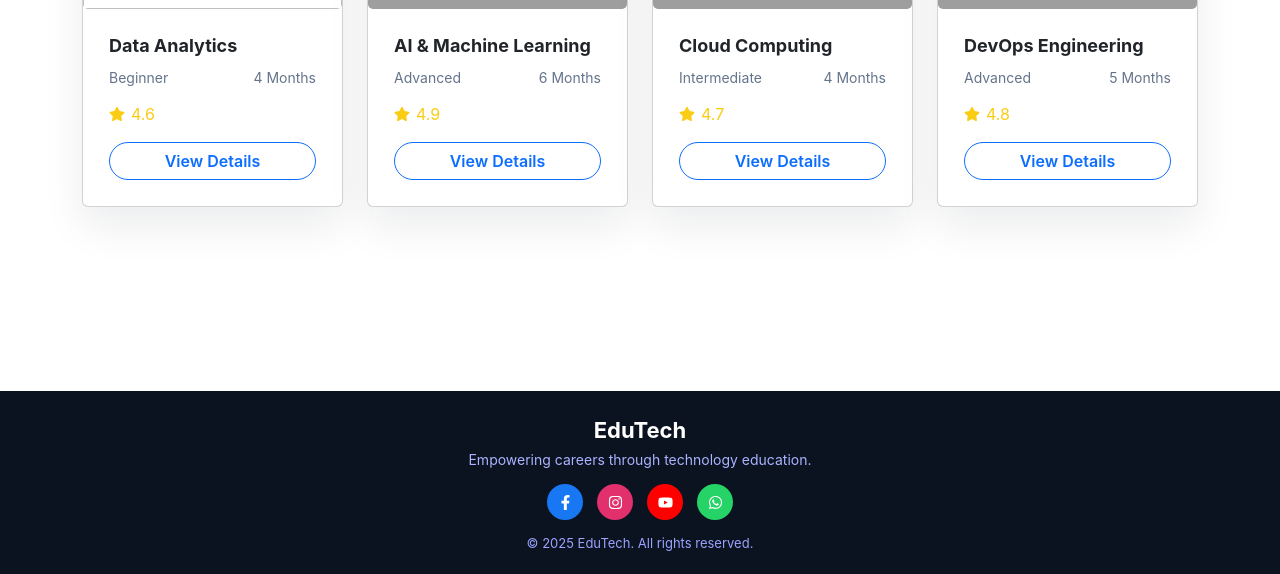
Repository: Aswin74k/project-2
Page: /
An editor plug-in stored every save of this project. The page is shown before and after a run of saves, followed by the edit.
The browser window is 1280 px wide. The pictures show the part of the page from y = 1867 to 2819 px (the page is 2441 px tall before and 2819 px after).
Pictures or frames that could not be fetched are drawn as grey boxes. The project was rebuilt for these pictures with package versions that can differ from the ones it lists, and the page was loaded fresh each time. Also part of the build but not shown: vite.config.js, src/project/course.css, src/project/Course.jsx, src/project/About.css, src/project/About.jsx, src/project/Enroll.css, src/project/Enroll.jsx, src/project/contact.css and 2 more.

Above is the page before, as saved 2025-12-25 17:05:36.

After the next 2 saves:
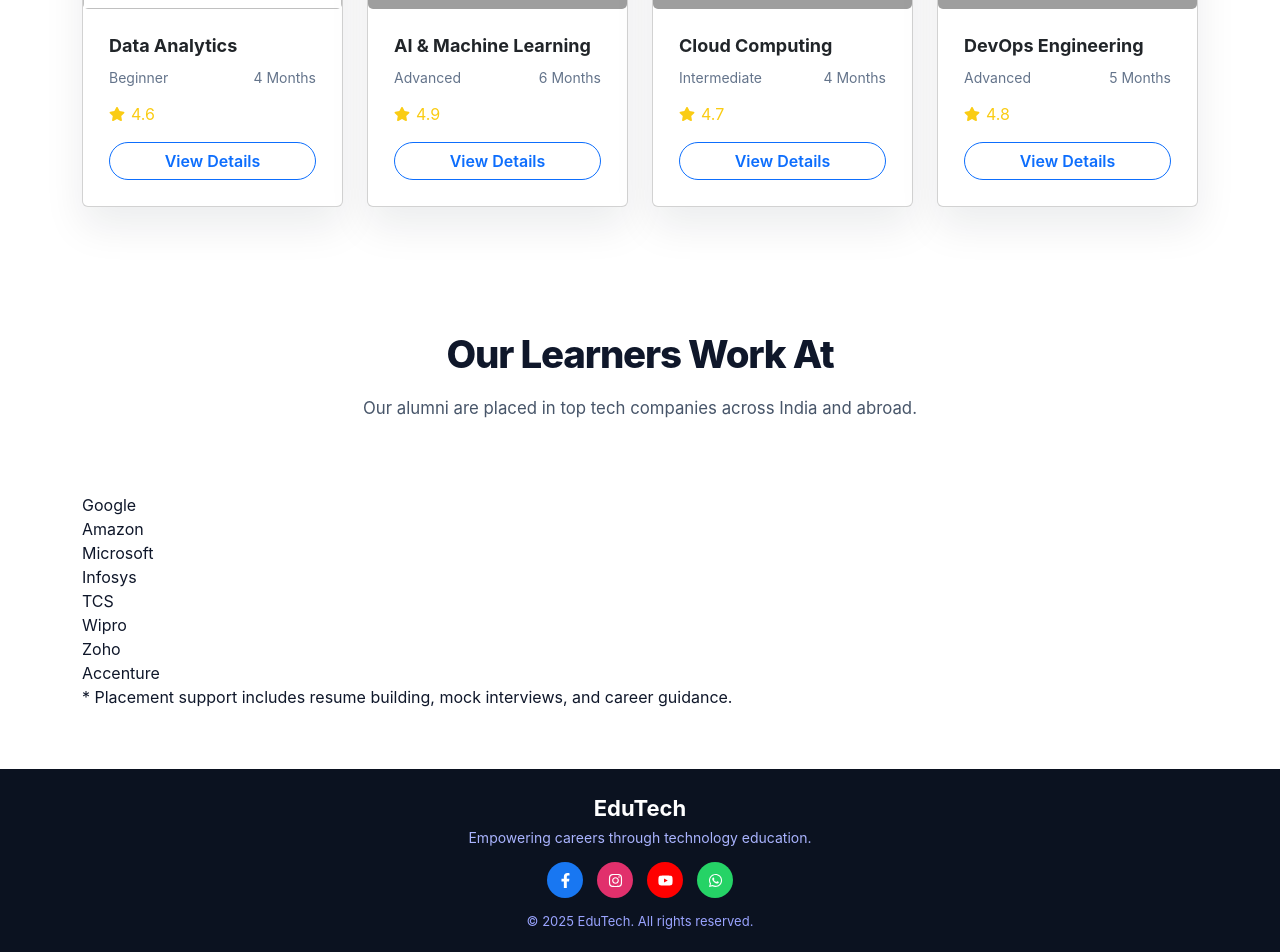
The 2 saves are shown as one change because they came seconds apart.
The last was saved 4 min 34 s later.
--- a/src/project/Home.jsx
+++ b/src/project/Home.jsx
@@ -146,6 +146,31 @@ export default function Home() {
           </Row>
         </Container>
       </section>
+      {/* ================= PLACEMENT SECTION ================= */}
+<section className="placement-section">
+  <Container>
+    <h2 className="section-title">Our Learners Work At</h2>
+    <p className="section-subtitle">
+      Our alumni are placed in top tech companies across India and abroad.
+    </p>
+
+    <div className="placement-logos">
+      <div className="logo-card">Google</div>
+      <div className="logo-card">Amazon</div>
+      <div className="logo-card">Microsoft</div>
+      <div className="logo-card">Infosys</div>
+      <div className="logo-card">TCS</div>
+      <div className="logo-card">Wipro</div>
+      <div className="logo-card">Zoho</div>
+      <div className="logo-card">Accenture</div>
+    </div>
+
+    <div className="placement-note">
+      * Placement support includes resume building, mock interviews, and career guidance.
+    </div>
+  </Container>
+</section>
+
 
       {/* FOOTER */}
       <footer className="footer">
